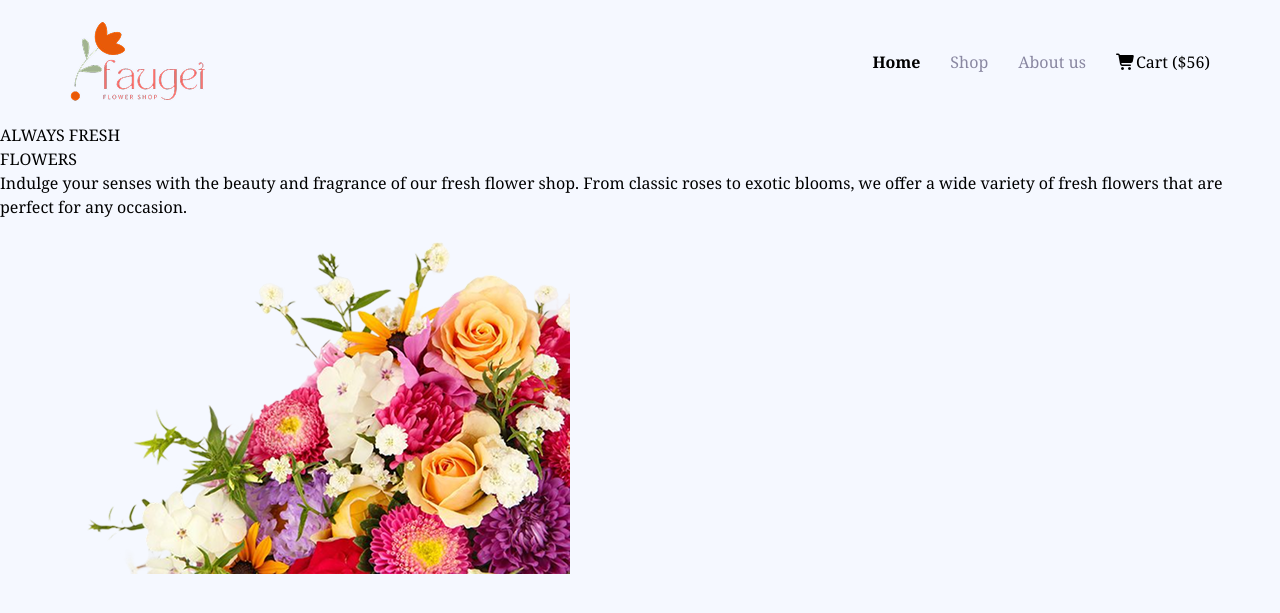
Repository: nahid-hasann/website-7
Page: index.html
The author's editor kept a copy of each file at every save. The page is drawn from the files as they stood at one save, then again after the next save.
The browser window is 1280 px wide. The pictures show the whole page.
Some web libraries are served in a nearby version.

Above is the page before, as saved 2025-07-23 23:05:10.

### index.html
<!DOCTYPE html>
<html lang="en">
<head>
    <meta charset="UTF-8">
    <meta name="viewport" content="width=device-width, initial-scale=1.0">
     <script src="https://cdn.jsdelivr.net/npm/@tailwindcss/browser@4"></script>
    <title> website-7 </title>
    <link rel="stylesheet" href="style.css">
    <link rel="stylesheet" href="https://cdnjs.cloudflare.com/ajax/libs/font-awesome/7.0.0/css/all.min.css" integrity="sha512-DxV+EoADOkOygM4IR9yXP8Sb2qwgidEmeqAEmDKIOfPRQZOWbXCzLC6vjbZyy0vPisbH2SyW27+ddLVCN+OMzQ==" crossorigin="anonymous" referrerpolicy="no-referrer" />
   <link rel="preconnect" href="https://fonts.googleapis.com">
<link rel="preconnect" href="https://fonts.gstatic.com" crossorigin>
<link href="https://fonts.googleapis.com/css2?family=Noto+Serif:ital,wght@0,100..900;1,100..900&display=swap" rel="stylesheet">
</head>
<body class="noto-serif-nahid">


    <header>
        <nav>
            <div class="nav-logo">
                <img src="assets/logo.png" alt="">
            </div>
            <div class="nav-menu">
                <ul>
                    <li class="ul-li" style="color: black; font-weight: bold;">Home</li>
                    <li class="ul-li" >Shop</li>
                    <li class="ul-li" >About us</li>
                    <li class="last-li" style="color: black;"><i class="fa-solid fa-cart-shopping"></i>Cart ($56)</li>
                </ul>
            </div>
        </nav>
    </header>

    <main class="main">

        <section>
            <div class="banner-section">
                <div class="banner-description">
                    <h1>ALWAYS <span>FRESH <br> FLOWERS</span></h1>
                    <p>Indulge your senses with the beauty and fragrance of our fresh flower shop. From classic roses to exotic blooms, we offer a wide variety of fresh flowers that are perfect for any occasion. </p>
                </div>
                <div class="banner-img">
                    <img src="assets/hero-flower.png" alt="">
                </div>
            </div>
        </section>

    </main>




</body>
</html>

### style.css


*{
    margin: 0;
    padding: 0;
    box-sizing: border-box;
}


.noto-serif-nahid {
  font-family: "Noto Serif", serif;
  font-optical-sizing: auto;
  font-style: normal;
  font-variation-settings:
    "wdth" 100;
}

body{
    background-color: #f5f8ff;
}



/* header suru  */

header{
   margin: 20px auto;
   max-width: 1140px;
}

nav{
    display: flex;
    justify-content: space-between;
    align-items: center;
}

.nav-logo img{
    width: 100%;
}

.nav-menu ul{
     display: flex;
     gap: 30px;
     align-items: center;
     justify-content: center;
     margin: auto 0;
}

.nav-menu ul li{
    color: rgba(137, 135, 161, 1);
    font-weight: 400;
}


/* header sesh  */

/* banner-section  */



/* banner-section  */





@media screen and (max-width:575px) {
    header{
        width: 100%;
    }

nav{
    margin:0 30px;

}

.nav-logo img{
    width: 63px;
}
    .ul-li{
        display: none;
    }

}

After the next save:
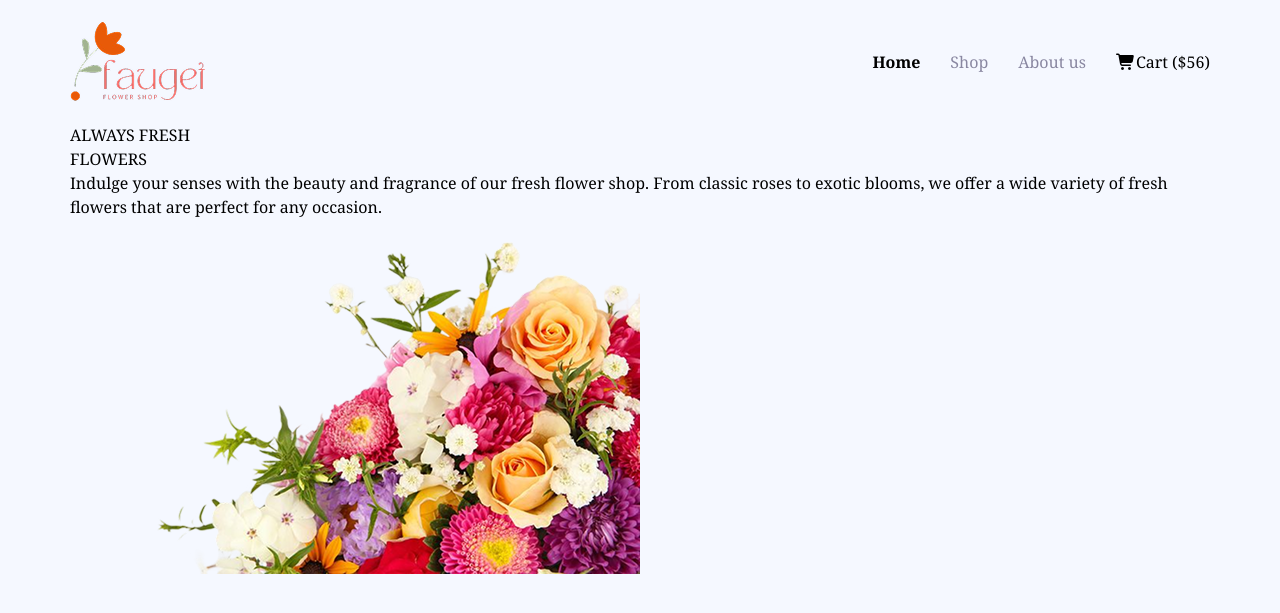
Saved 4 s later.
--- a/style.css
+++ b/style.css
@@ -54,6 +54,11 @@ nav{
 
 /* header sesh  */
 
+.main{
+    width: 1140px;
+    margin: auto;
+}
+
 /* banner-section  */
 
 
